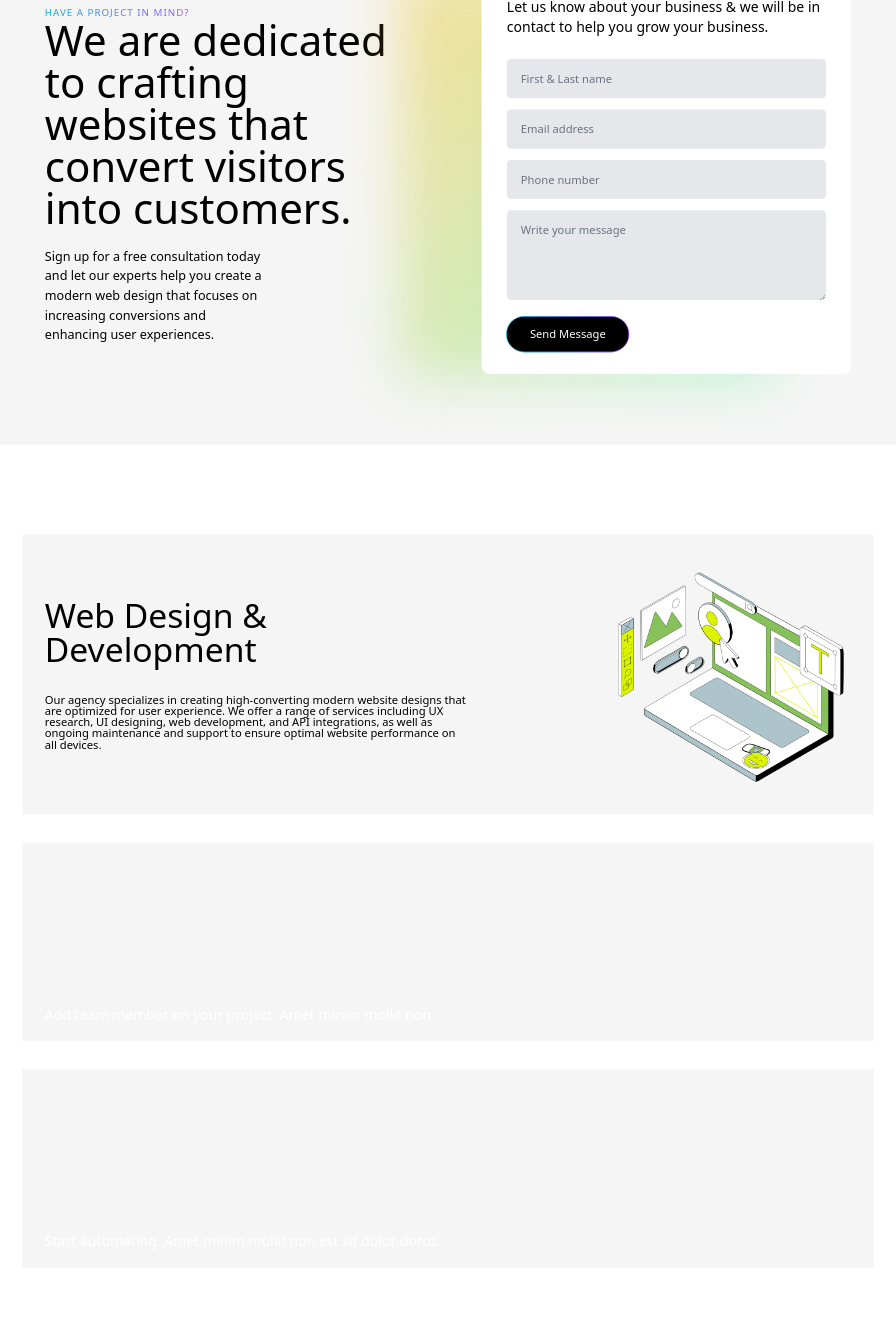
Repository: ornelasedward/mired_website
Page: /
The author's editor kept a copy of each file at every save. The page is drawn from the files as they stood at one save, then again after a run of saves.
The browser window is 1280 px wide. The pictures show the part of the page from y = 1399 to 3319 px (the page is 3338 px tall), at 70% of full size.
The project was rebuilt for these pictures with package versions that can differ from the ones it lists, and the page was loaded fresh each time. The framework's server and built-in components were replaced by stand-ins that run in the browser. Also part of the build but not shown: next.config.js.

Above is the page before, as saved 2023-03-28 20:10:36.

### app/layout.tsx
import "./globals.css";

export const metadata = {
  title: "Mired",
  description: "Web design and development services",
};

export default function RootLayout({
  children,
}: {
  children: React.ReactNode;
}) {
  return (
    <html lang="en" className="bg-[#F5F5F5]">
      <body>{children}</body>
    </html>
  );
}

### app/page.tsx
import Header from "@/components/Header";
import Hero from "@/components/Hero";
import Services from "@/components/Services";
import CTA from "@/components/CTA";
import { Inter } from "next/font/google";
import Testimonial from "@/components/Testimonials";
import FAQ from "@/components/FAQ";
import Contact from "@/components/Contact";
import Footer from "@/components/Footer";

const inter = Inter({ subsets: ["latin"] });

export default function Home() {
  return (
    <main>
      <Hero />
      <Header />
      <Services />
      {/*  <CTA />
      <Testimonial />
      <FAQ />
      <Contact />
      <Footer /> */}
    </main>
  );
}

### components/Header.tsx
export default function Header() {
  return (
    <section className="py-12 overflow-hidden sm:py-16 lg:py-20 xl:py-24">
      <div className="px-4 mx-auto max-w-7xl sm:px-6 lg:px-8">
        <div className="grid max-w-6xl grid-cols-1 mx-auto gap-y-12 lg:grid-cols-2 lg:gap-x-16 xl:gap-x-24">
          <div className="relative flex flex-col justify-between max-w-lg lg:py-12 lg:max-w-none">
            <div className="flex-1">
              <p className="text-sm font-normal tracking-widest uppercase">
                <span className="text-transparent bg-clip-text bg-gradient-to-r from-cyan-500 to-purple-500">
                  {" "}
                  Have a project in mind?{" "}
                </span>
              </p>
            </div>

            <div className="mt-6 lg:mt-auto">
              <h2 className="text-3xl font-normal text-black sm:text-4xl lg:text-5xl xl:text-6xl">
                We are dedicated to crafting websites that convert visitors into
                customers.
              </h2>
              <p className="mt-4 text-base font-normal text-black lg:max-w-xs sm:text-lg sm:mt-6">
                Sign up for a free consultation today and let our experts help
                you create a modern web design that focuses on increasing
                conversions and enhancing user experiences.
              </p>
            </div>
          </div>

          <div className="relative flex items-center justify-center">
            <div className="absolute right-1/4 transform translate-x-4 -translate-y-1/2 top-1/2 bg-gradient-to-br from-[#F7BE08] to-[#55F5A3] w-full h-full blur-2xl opacity-40" />

            <div className="relative overflow-hidden bg-white rounded-xl">
              <div className="p-6 sm:py-8 sm:px-9">
                <p className="text-xl font-normal text-black">
                  Let us know about your business & we will be in contact to
                  help you grow your business.
                </p>

                <form action="#" method="POST" className="mt-8 space-y-4">
                  <div>
                    <label for="" className="sr-only">
                      {" "}
                      Full name{" "}
                    </label>
                    <div>
                      <input
                        type="text"
                        name=""
                        id=""
                        placeholder="First & Last name"
                        className="block w-full px-5 py-4 text-base text-black placeholder-gray-500 bg-gray-200 rounded-md focus:border-black focus:ring-1 focus:ring-black"
                      />
                    </div>
                  </div>

                  <div>
                    <label for="" className="sr-only">
                      {" "}
                      Email address{" "}
                    </label>
                    <div>
                      <input
                        type="email"
                        name=""
                        id=""
                        placeholder="Email address"
                        className="block w-full px-5 py-4 text-base text-black placeholder-gray-500 bg-gray-200 rounded-md focus:border-black focus:ring-1 focus:ring-black"
                      />
                    </div>
                  </div>

                  <div>
                    <label for="" className="sr-only">
                      {" "}
                      Phone number{" "}
                    </label>
                    <div>
                      <input
                        type="tel"
                        name=""
                        id=""
                        placeholder="Phone number"
                        className="block w-full px-5 py-4 text-base text-black placeholder-gray-500 bg-gray-200 rounded-md focus:border-black focus:ring-1 focus:ring-black"
                      />
                    </div>
                  </div>

                  <div>
                    <label for="" className="sr-only">
                      {" "}
                      Message{" "}
                    </label>
                    <div>
                      <textarea
                        name=""
                        id=""
                        placeholder="Write your message"
                        rows="4"
                        className="block w-full px-5 py-4 text-base text-black placeholder-gray-500 bg-gray-200 rounded-md focus:border-black focus:ring-1 focus:ring-black"
                      ></textarea>
                    </div>
                  </div>

                  <div>
                    <div className="relative inline-flex mt-2 group">
                      <div className="absolute transition-all duration-200 rounded-[2rem] -inset-px bg-gradient-to-r from-cyan-500 to-purple-500 group-hover:shadow-lg group-hover:shadow-cyan-500/50"></div>
                      <button
                        type="button"
                        className="relative inline-flex items-center justify-center px-8 py-3 text-base font-normal text-white bg-black border border-transparent rounded-[2rem]"
                        role="button"
                      >
                        Send Message
                      </button>
                    </div>
                  </div>
                </form>
              </div>
            </div>
          </div>
        </div>
      </div>
    </section>
  );
}

### components/Hero.tsx
import Image from "next/image";
import Link from "next/link";
import header from "../images/header.png";
import Logo from "../images/Logo.png";

export default function Hero() {
  return (
    <div className="overflow-x-hidden">
      <header className="py-4 md:py-6" x-data="{expanded: false}">
        <div className="container px-4 mx-auto sm:px-6 lg:px-8">
          <div className="flex items-center justify-between">
            <div className="flex-shrink-0">
              <Link
                href="#"
                title=""
                className="flex rounded outline-none focus:ring-1 focus:ring-gray-900 focus:ring-offset-2"
              >
                <Image
                  className="w-auto h-9"
                  src={Logo}
                  alt=""
                  width={100}
                  height={100}
                />
              </Link>
            </div>

            <div className="flex lg:hidden">
              <button type="button" className="text-gray-900">
                <span x-show="!expanded" aria-hidden="true">
                  <svg
                    className="w-7 h-7"
                    xmlns="http://www.w3.org/2000/svg"
                    fill="none"
                    viewBox="0 0 24 24"
                    stroke="currentColor"
                  >
                    <path
                      stroke-linecap="round"
                      stroke-linejoin="round"
                      stroke-width="1.5"
                      d="M4 6h16M4 12h16M4 18h16"
                    />
                  </svg>
                </span>

                <span x-show="expanded" aria-hidden="true">
                  <svg
                    className="w-7 h-7"
                    xmlns="http://www.w3.org/2000/svg"
                    fill="none"
                    viewBox="0 0 24 24"
                    stroke="currentColor"
                  >
                    <path
                      stroke-linecap="round"
                      stroke-linejoin="round"
                      stroke-width="2"
                      d="M6 18L18 6M6 6l12 12"
                    />
                  </svg>
                </span>
              </button>
            </div>

            <div className="hidden lg:flex lg:ml-16 lg:items-center lg:justify-center lg:space-x-10 xl:space-x-12">
              <Link
                href="#"
                title=""
                className="text-base font-medium text-gray-900 transition-all duration-200 rounded focus:outline-none font-pj hover:text-opacity-50 focus:ring-1 focus:ring-gray-900 focus:ring-offset-2 p-2"
              >
                Home
              </Link>

              <Link
                href="#"
                title=""
                className="text-base font-medium text-gray-900 transition-all duration-200 rounded focus:outline-none font-pj hover:text-opacity-50 focus:ring-1 focus:ring-gray-900 focus:ring-offset-2 p-2"
              >
                About
              </Link>

              <Link
                href="#"
                title=""
                className="text-base font-medium text-gray-900 transition-all duration-200 rounded focus:outline-none font-pj hover:text-opacity-50 focus:ring-1 focus:ring-gray-900 focus:ring-offset-2 p-2"
              >
                Services
              </Link>
              <Link
                href="#"
                title=""
                className="text-base font-medium text-gray-900 transition-all duration-200 rounded focus:outline-none font-pj hover:text-opacity-50 focus:ring-1 focus:ring-gray-900 focus:ring-offset-2 p-2"
              >
                Our work
              </Link>
              <Link
                href="#"
                title=""
                className="text-base font-medium text-gray-900 transition-all duration-200 rounded focus:outline-none font-pj hover:text-opacity-50 focus:ring-1 focus:ring-gray-900 focus:ring-offset-2 p-2"
              >
                FAQ
              </Link>
            </div>

            <div className="hidden lg:ml-auto lg:flex lg:items-center lg:space-x-10">
              <Link href="/" title="">
                <button
                  className="inline-flex items-center justify-center px-6 py-3 text-base font-normal leading-7 text-black transition-all duration-200 bg-transparent border-[2px] border-black rounded-[2rem] font-inter cursor-pointer focus:outline-none focus:ring-2 focus:ring-offset-2 focus:ring-gray-900 hover:bg-gray-900 focus:bg-gray-900 hover:text-white focus:text-white hover:border-gray-900 focus:border-gray-900"
                  role="button"
                >
                  <h1>Work with us</h1>
                  <svg
                    xmlns="http://www.w3.org/2000/svg"
                    fill="none"
                    viewBox="0 0 24 24"
                    stroke-width="1.5"
                    stroke="currentColor"
                    className="w-auto h-8 items-center pt-1 pl-2"
                  >
                    <path
                      stroke-linecap="round"
                      stroke-linejoin="round"
                      d="M17.25 8.25L21 12m0 0l-3.75 3.75M21 12H3"
                    />
                  </svg>
                </button>
              </Link>
            </div>
          </div>

          {/* <nav x-show="expanded" x-collapse>
            <div className="px-1 py-8">
              <div className="grid gap-y-7">
                <Link
                  href="#"
                  title=""
                  className="flex items-center p-3 -m-3 text-base font-medium text-gray-900 transition-all duration-200 rounded-xl hover:bg-gray-50 focus:outline-none font-pj focus:ring-1 focus:ring-gray-900 focus:ring-offset-2"
                >
                  {" "}
                  Features{" "}
                </Link>

                <Link
                  href="#"
                  title=""
                  className="flex items-center p-3 -m-3 text-base font-medium text-gray-900 transition-all duration-200 rounded-xl hover:bg-gray-50 focus:outline-none font-pj focus:ring-1 focus:ring-gray-900 focus:ring-offset-2"
                >
                  {" "}
                  Pricing{" "}
                </Link>

                <Link
                  href="#"
                  title=""
                  className="flex items-center p-3 -m-3 text-base font-medium text-gray-900 transition-all duration-200 rounded-xl hover:bg-gray-50 focus:outline-none font-pj focus:ring-1 focus:ring-gray-900 focus:ring-offset-2"
                >
                  {" "}
                  Automation{" "}
                </Link>

                <Link
                  href="#"
                  title=""
                  className="flex items-center p-3 -m-3 text-base font-medium text-gray-900 transition-all duration-200 rounded-xl hover:bg-gray-50 focus:outline-none font-pj focus:ring-1 focus:ring-gray-900 focus:ring-offset-2"
                >
                  {" "}
                  Customer Login{" "}
                </Link>

                <Link
                  href="#"
                  title=""
                  className="inline-flex items-center justify-center px-6 py-3 text-base font-bold leading-7 text-white transition-all duration-200 bg-gray-900 border border-transparent rounded-xl hover:bg-gray-600 font-pj focus:outline-none focus:ring-2 focus:ring-offset-2 focus:ring-gray-900"
                  role="button"
                >
                  Sign up
                </Link>
              </div>
            </div>
          </nav> */}
        </div>
      </header>

      <section className="pt-12 sm:pt-16">
        <div className="px-4 mx-auto max-w-7xl sm:px-6 lg:px-8">
          <div className="max-w-4xl mx-auto text-center">
            <div className="flex flex-col gap-4">
              <h1 className="mt-5 text-4xl font-light leading-tight text-gray-900 sm:leading-tight sm:text-5xl lg:text-6xl lg:leading-tight font-pj">
                Boost your online success with our data-driven
                <span className="relative inline-flex sm:inline">
                  {/* <span className="bg-gradient-to-r from-[#44BCFF] via-[#FF44EC] to-[#FF675E] blur-lg filter opacity-30 w-full h-full absolute inset-0"></span> */}
                  <span className="relative"> solutions </span>
                </span>
              </h1>
              <p className="px-6 text-lg text-gray-600 font-inter">
                Get the website you&apos;ve always wanted and the conversions{" "}
                you deserve with our
                <br /> full-service agency.
              </p>
            </div>
            <div className="px-8 sm:items-center sm:justify-center sm:px-0 sm:space-x-5 sm:flex mt-9">
              <Link
                href="#"
                title=""
                className="inline-flex items-center justify-center w-full px-8 py-3 text-lg font-bold text-black transition-all duration-200 bg-[#F8D44C] border-2 border-transparent sm:w-auto rounded-[2rem] font-pj hover:bg-gray-600 hover:text-white focus:bg-gray-600 focus:text-white focus:outline-none focus:ring-2 focus:ring-offset-2 focus:ring-gray-900"
                role="button"
              >
                Book a consultation
              </Link>

              <Link
                href="#"
                title=""
                className="inline-flex items-center justify-center w-full px-6 py-3 mt-4 text-lg font-bold text-black transition-all duration-200 border-2 border-black sm:w-auto sm:mt-0 rounded-[2rem] font-pj focus:outline-none focus:ring-2 focus:ring-offset-2 focus:ring-gray-900 hover:bg-gray-900 focus:bg-gray-900 hover:text-white focus:text-white hover:border-gray-900 focus:border-gray-900"
                role="button"
              >
                Take our quiz
                <svg
                  className="w-5 h-5 mr-2 pt-1"
                  viewBox="0 0 18 18"
                  fill="none"
                  stroke="currentColor"
                  xmlns="http://www.w3.org/2000/svg"
                >
                  <path
                    d="M8.18003 13.4261C6.8586 14.3918 5 13.448 5 11.8113V5.43865C5 3.80198 6.8586 2.85821 8.18003 3.82387L12.5403 7.01022C13.6336 7.80916 13.6336 9.44084 12.5403 10.2398L8.18003 13.4261Z"
                    stroke-width="2"
                    stroke-miterlimit="10"
                    stroke-linecap="round"
                    stroke-linejoin="round"
                  />
                </svg>
              </Link>
            </div>
          </div>
        </div>
        <div className="absolute bottom-1/2 left-1/4 w-2/3 h-full rounded-full bg-[#55F5A3] opacity-80 blur-3xl filter -z-10" />
        <div className="absolute bottom-1/4 right-0 w-1/4 h-full rounded-full bg-[#F1CB00] opacity-50 blur-3xl filter -z-10" />
        <div className="py-12">
          <div className="">
            <Image
              className="m-auto"
              src={header}
              alt=""
              width={900}
              height={900}
            />
          </div>
        </div>
      </section>
    </div>
  );
}

### components/Services.tsx
import Image from "next/image";
import Laptop from "../images/Laptop.png";

export default function Services() {
  return (
    <div className="bg-white">
      <div className="relative px-4 mx-auto sm:px-6 lg:px-8 max-w-7xl">
        <div className="grid grid-cols-1 gap-10 py-32">
          <div className="bg-[#F5F5F5]">
            <div className="grid grid-cols-3">
              <div className="col-span-2 flex items-center">
                <div className="sm:px-8 flex flex-col lg:gap-10 gap-6 max-w-2xl">
                  <h1 className="lg:text-5xl text-4xl font-normal text-black">
                    Web Design & Development
                  </h1>
                  <p className="text-md leading-4">
                    Our agency specializes in creating high-converting modern
                    website designs that are optimized for user experience. We
                    offer a range of services including UX research, UI
                    designing, web development, and API integrations, as well as
                    ongoing maintenance and support to ensure optimal website
                    performance on all devices.
                  </p>
                </div>
              </div>
              <div className="col-span-1">
                <Image
                  className="m-auto"
                  src={Laptop}
                  alt=""
                  width={400}
                  height={400}
                />
              </div>
            </div>
          </div>

          <div className="bg-[#F5F5F5]">
            <div className="p-6 sm:px-8">
              <p className="mt-12 text-xl font-normal text-white lg:mt-32 xl:mt-52">
                Add team member on your project. Amet minim mollit non.
              </p>
            </div>
          </div>

          <div className="bg-[#F5F5F5]">
            <div className="p-6 sm:px-8">
              <p className="mt-12 text-xl font-normal text-white lg:mt-32 xl:mt-52">
                Start automating. Amet minim mollit non est sit dolor doros.
              </p>
            </div>
          </div>
        </div>
      </div>
    </div>
  );
}

Loaded but not shown: app/globals.css (common file); tailwind.config.js (common file)

After the next 5 saves:
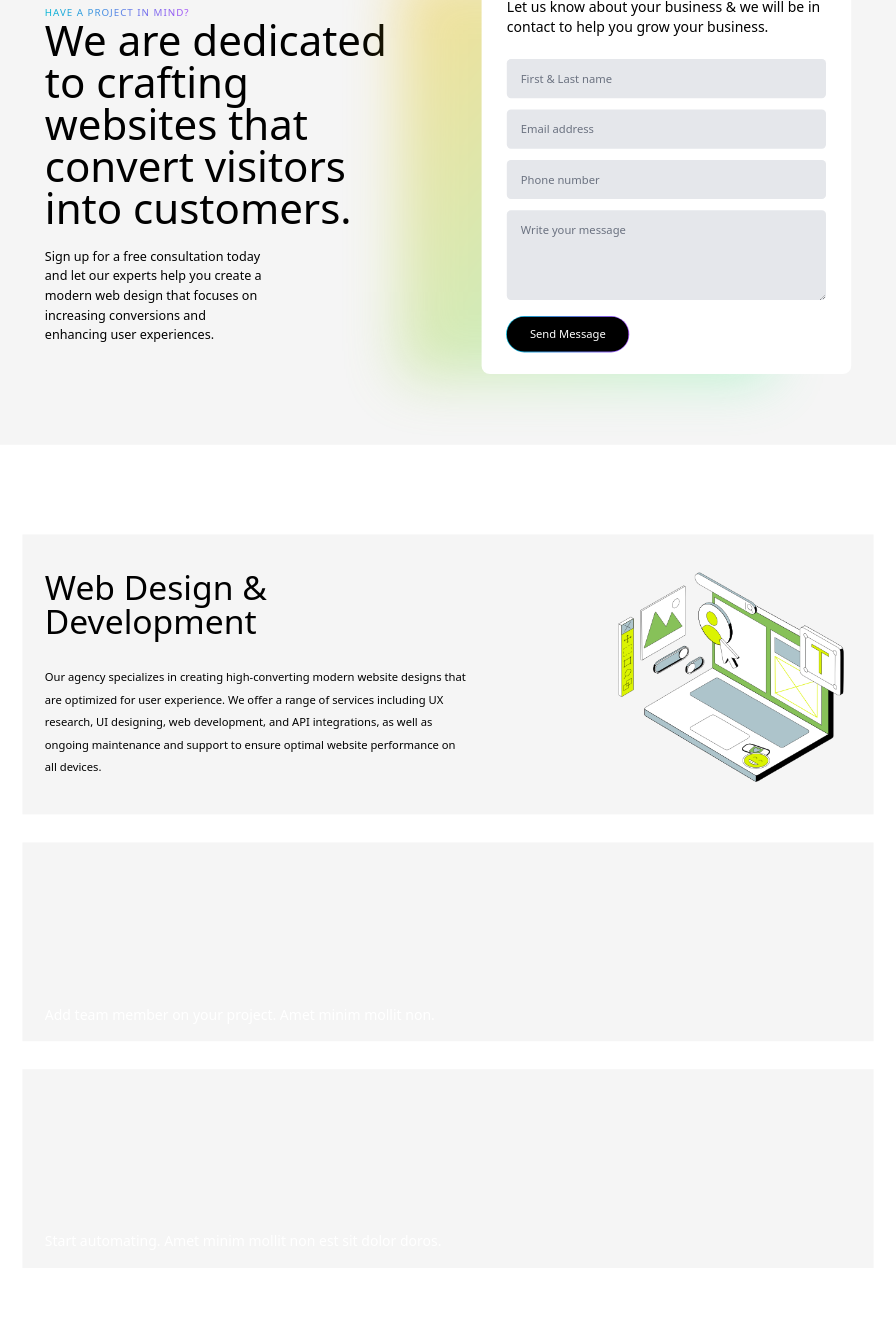
The 5 saves are shown as one change because they came seconds apart.
The last was saved 14 s later.
--- a/components/Services.tsx
+++ b/components/Services.tsx
@@ -13,7 +13,7 @@
                   <h1 className="lg:text-5xl text-4xl font-normal text-black">
                     Web Design & Development
                   </h1>
-                  <p className="text-md leading-4">
+                  <p className="text-md leading-8">
                     Our agency specializes in creating high-converting modern
                     website designs that are optimized for user experience. We
                     offer a range of services including UX research, UI
